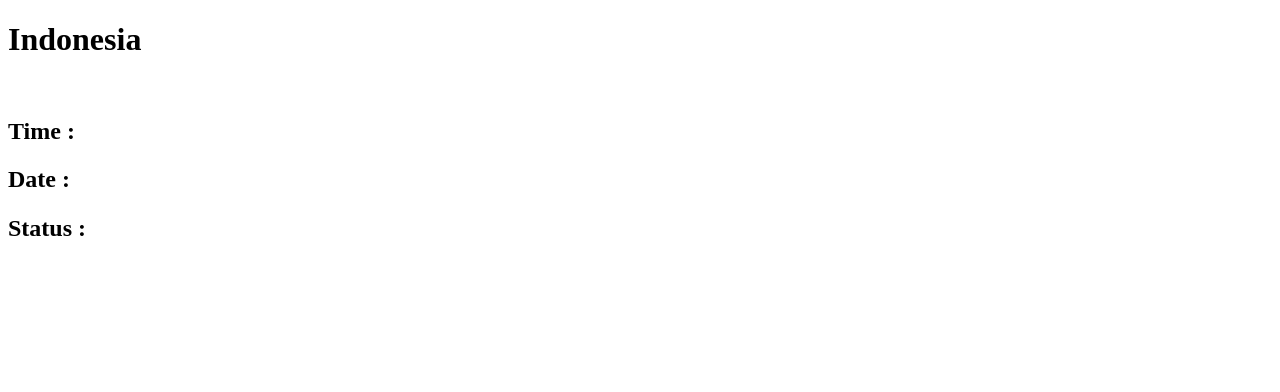
Repository: SnakeXrnt/notion-clock
Page: indonesia.html
The author's editor kept a copy of each file at every save. The page is drawn from the files as they stood at one save, then again after the next save.
The browser window is 1280 px wide. The pictures show the whole page.

Above is the page before, as saved 2024-05-21 15:57:51.

After the next save:
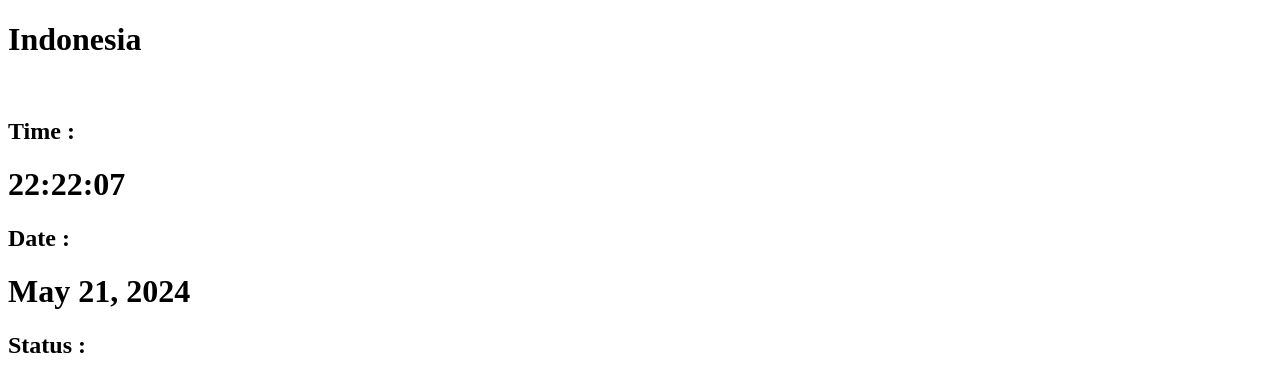
Console error: TypeError: Cannot set properties of null (setting 'textContent')
Saved 2 min 51 s later.
--- a/indonesia.html
+++ b/indonesia.html
@@ -11,6 +11,53 @@
 
     </style>
     <script>
+        document.addEventListener("DOMContentLoaded", function() {
+            const timeElement = document.querySelector('.time');
+            const dateElement = document.querySelector('.date');
+
+            function updateTime() {
+                const now = new Date();
+                const options = {
+                    timeZone: 'Asia/Jakarta',
+                    hour12: false, // Display 24-hour format
+                    hour: '2-digit',
+                    minute: '2-digit',
+                    second: '2-digit'
+                };
+
+                const timeString = now.toLocaleTimeString('en-US', options);
+                // Add blinking colon
+                const timeHTML = timeString.replace(/:/g, '<span class="blink">:</span>');
+                timeElement.innerHTML = timeHTML;
+
+                const dateString = now.toLocaleDateString('en-US', {
+                    month: 'long',
+                    day: 'numeric',
+                    year: 'numeric'
+                });
+                dateElement.textContent = dateString;
+
+                const hour = now.getHours();
+                let status = '';
+                if (hour >= 5 && hour < 7) {
+                    status = 'Dawn';
+                } else if (hour >= 7 && hour < 12) {
+                    status = 'Morning';
+                } else if (hour >= 12 && hour < 15) {
+                    status = 'Mid-day';
+                } else if (hour >= 15 && hour < 18) {
+                    status = 'Afternoon';
+                } else if (hour >= 18 && hour < 21) {
+                    status = 'Evening';
+                } else {
+                    status = 'Mid-night';
+                }
+                document.querySelector('.status').textContent = status;
+            }
+
+            updateTime(); // Initial call
+            setInterval(updateTime, 1000); // Update time every second
+        });
 
     </script>
 </head>

After the 3 saves that followed:
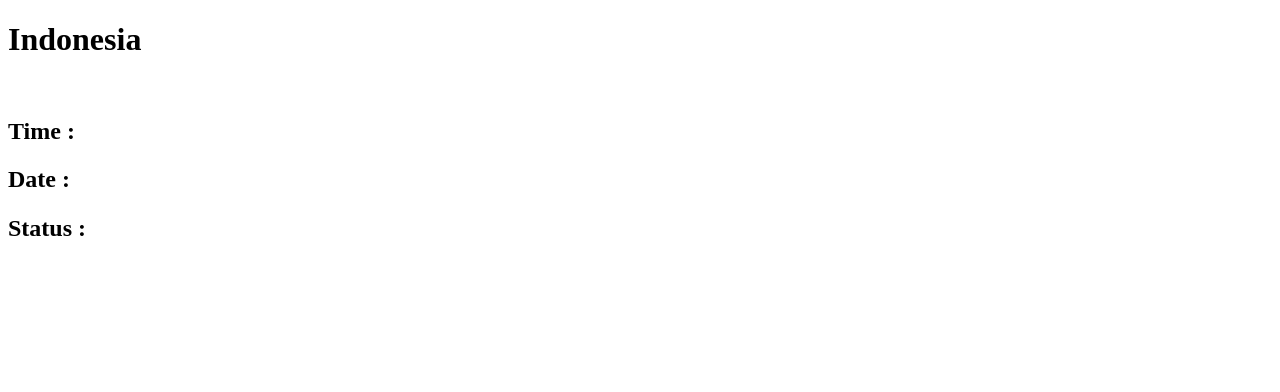
The error is gone.
The 3 saves are shown as one change because 1 left the picture as it was and some came seconds apart.
The last was saved 90 s later.
--- a/indonesia.html
+++ b/indonesia.html
@@ -11,53 +11,6 @@
 
     </style>
     <script>
-        document.addEventListener("DOMContentLoaded", function() {
-            const timeElement = document.querySelector('.time');
-            const dateElement = document.querySelector('.date');
-
-            function updateTime() {
-                const now = new Date();
-                const options = {
-                    timeZone: 'Asia/Jakarta',
-                    hour12: false, // Display 24-hour format
-                    hour: '2-digit',
-                    minute: '2-digit',
-                    second: '2-digit'
-                };
-
-                const timeString = now.toLocaleTimeString('en-US', options);
-                // Add blinking colon
-                const timeHTML = timeString.replace(/:/g, '<span class="blink">:</span>');
-                timeElement.innerHTML = timeHTML;
-
-                const dateString = now.toLocaleDateString('en-US', {
-                    month: 'long',
-                    day: 'numeric',
-                    year: 'numeric'
-                });
-                dateElement.textContent = dateString;
-
-                const hour = now.getHours();
-                let status = '';
-                if (hour >= 5 && hour < 7) {
-                    status = 'Dawn';
-                } else if (hour >= 7 && hour < 12) {
-                    status = 'Morning';
-                } else if (hour >= 12 && hour < 15) {
-                    status = 'Mid-day';
-                } else if (hour >= 15 && hour < 18) {
-                    status = 'Afternoon';
-                } else if (hour >= 18 && hour < 21) {
-                    status = 'Evening';
-                } else {
-                    status = 'Mid-night';
-                }
-                document.querySelector('.status').textContent = status;
-            }
-
-            updateTime(); // Initial call
-            setInterval(updateTime, 1000); // Update time every second
-        });
 
     </script>
 </head>
